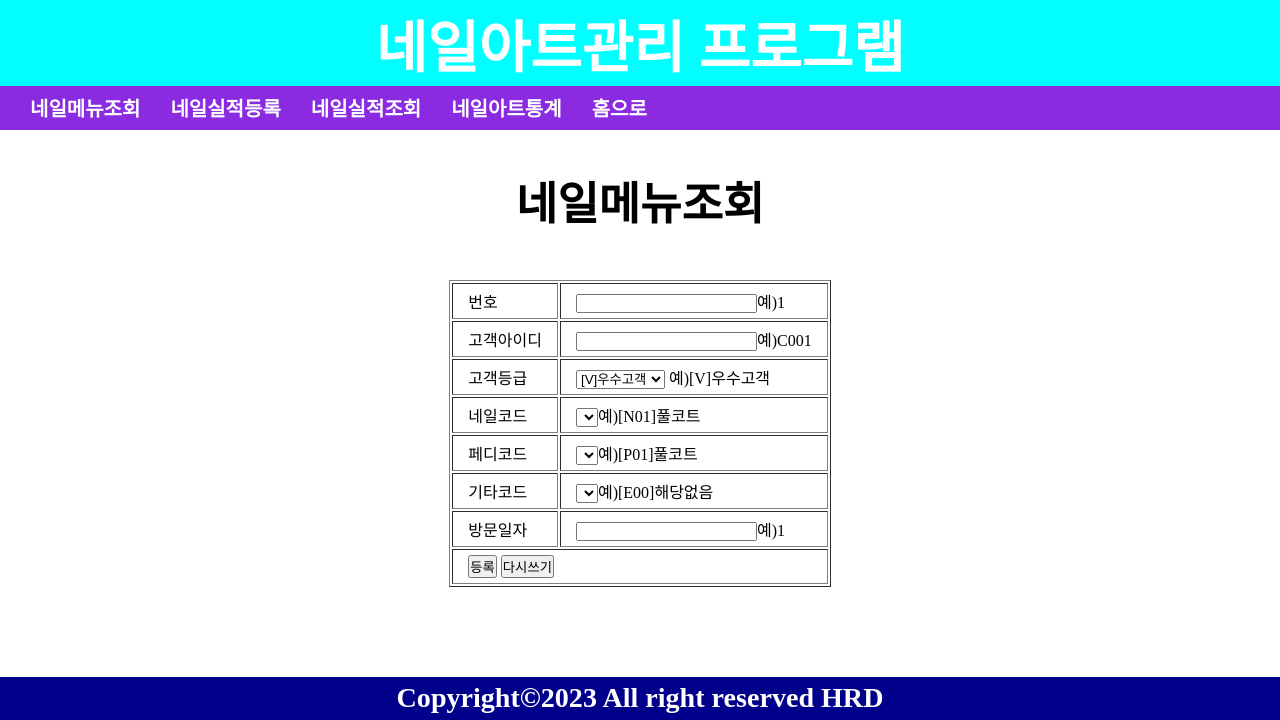
Repository: balhyo-younjisang/DigitechJSP
Page: http://localhost/NailArt/data.jsp
The author's editor kept a copy of each file at every save. The page is drawn from the files as they stood at one save, then again after the next save.
The browser window is 1280 px wide. The pictures show the whole page.
The page is served by Tomcat 9. Queries for data that is not in the repository find no rows.

Above is the page before, as saved 2025-04-14 08:56:38.

After the next save:
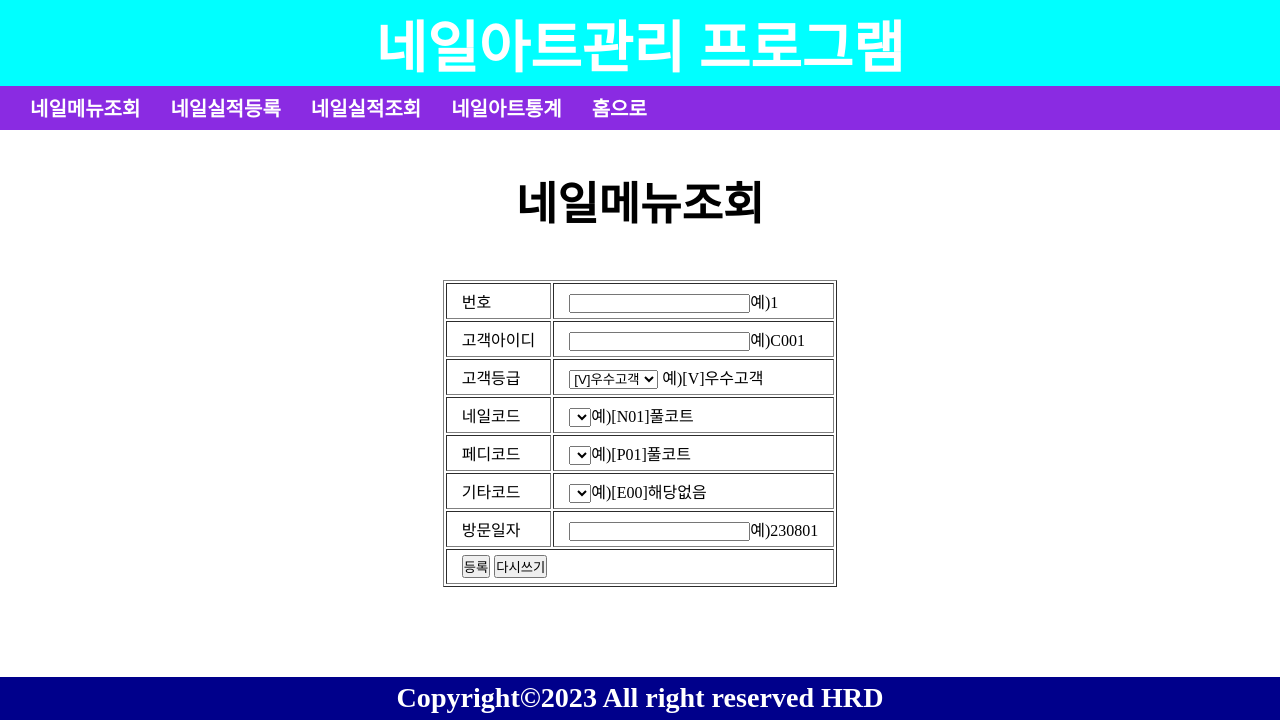
Saved 16 s later.
--- a/pizza0403/NailArt/src/main/webapp/data.jsp
+++ b/pizza0403/NailArt/src/main/webapp/data.jsp
@@ -90,7 +90,7 @@ ResultSet e_rs = e_pstmt.executeQuery();
 					</tr>
 					<tr>
 						<td>방문일자</td>
-						<td><input type="text" name="visitdate">예)1</td>
+						<td><input type="text" name="visitdate" maxlength="6">예)230801</td>
 					</tr>
 					<tr>
 						<td colspan="2">
